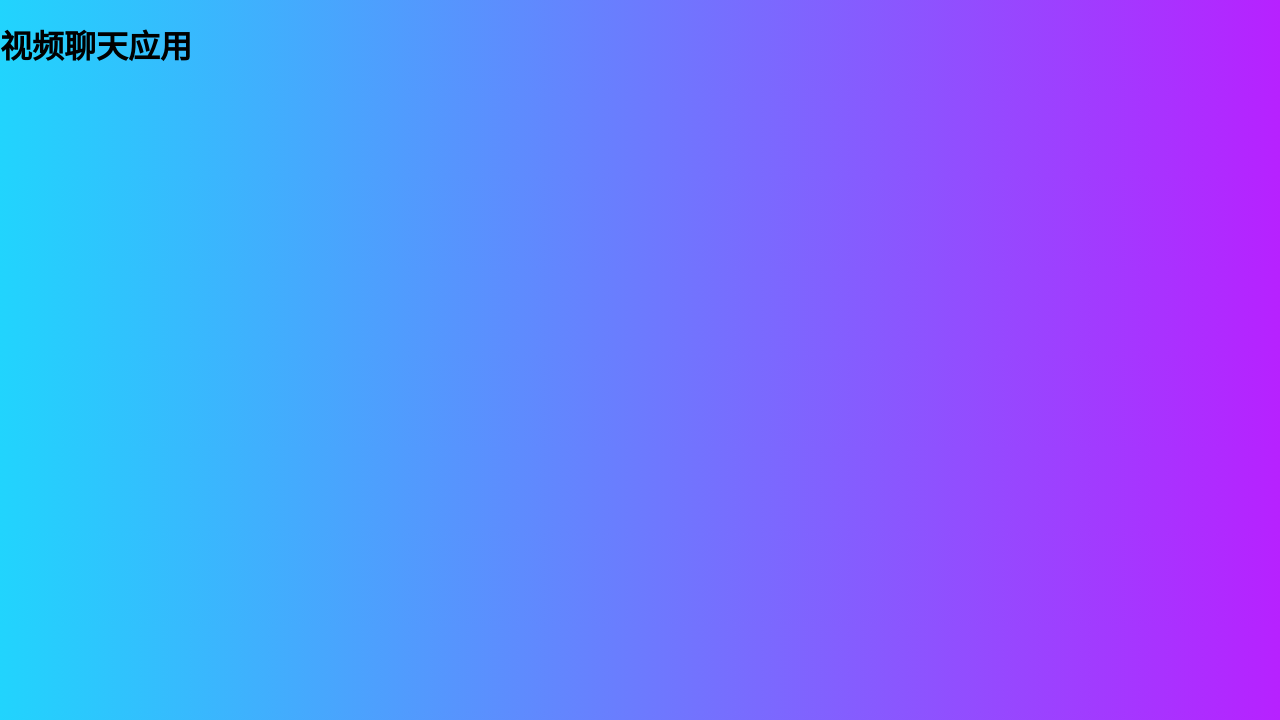
Repository: CodeFreedom-A/webRtc
Page: /
An editor plug-in stored every save of this project. The page is shown before and after a run of saves, followed by the edit.
The browser window is 1280 px wide. The pictures show the whole page.
The page's requests for data from a server got no answer. The project was rebuilt for these pictures with package versions that can differ from the ones it lists, and the page was loaded fresh each time. No one was signed in, and anything a server would have sent is missing.

Above is the page before, as saved 2022-12-21 16:35:55.

After the next 2 saves:
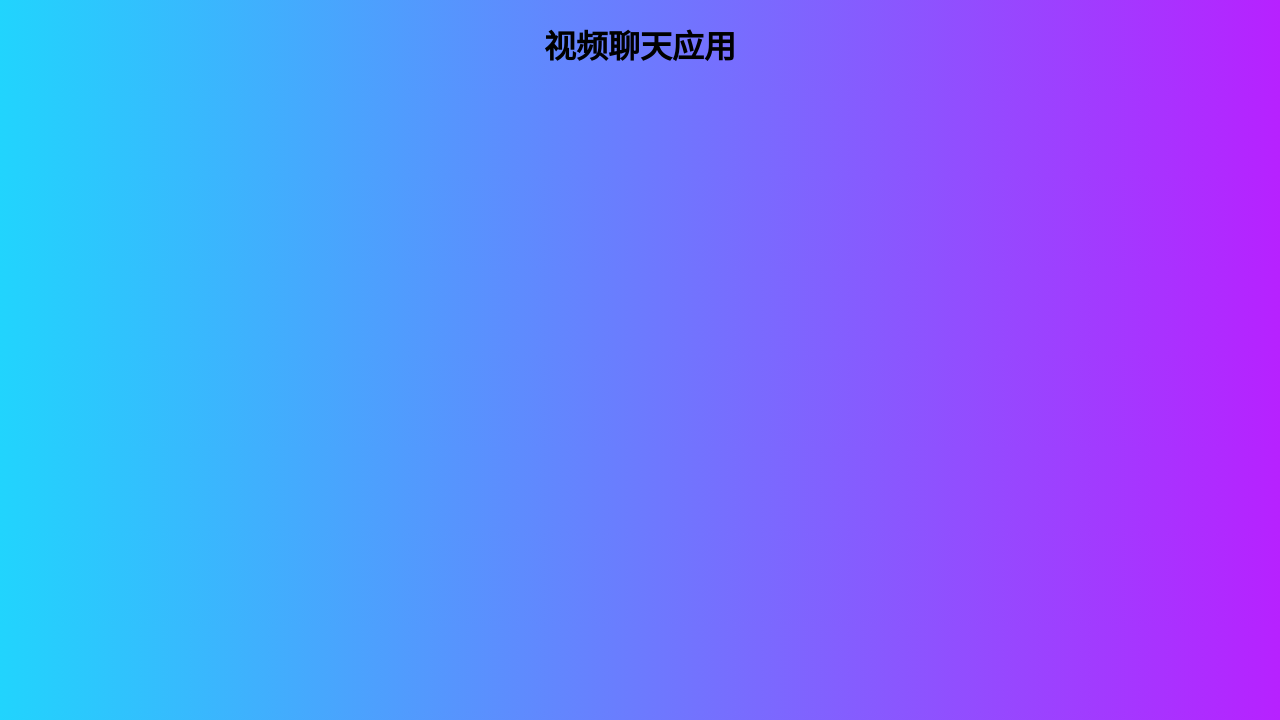
The 2 saves are shown as one change because 1 did not build or start.
The last was saved 22 s later.
--- a/src/App.js
+++ b/src/App.js
@@ -21,7 +21,7 @@ const socket = io.connect("http//localhost:5000");
 function App() {
   return (
     <>
-      <h1>视频聊天应用</h1>
+      <h1 style={{ textAlign: "center" }}>视频聊天应用</h1>
     </>
   );
 }
